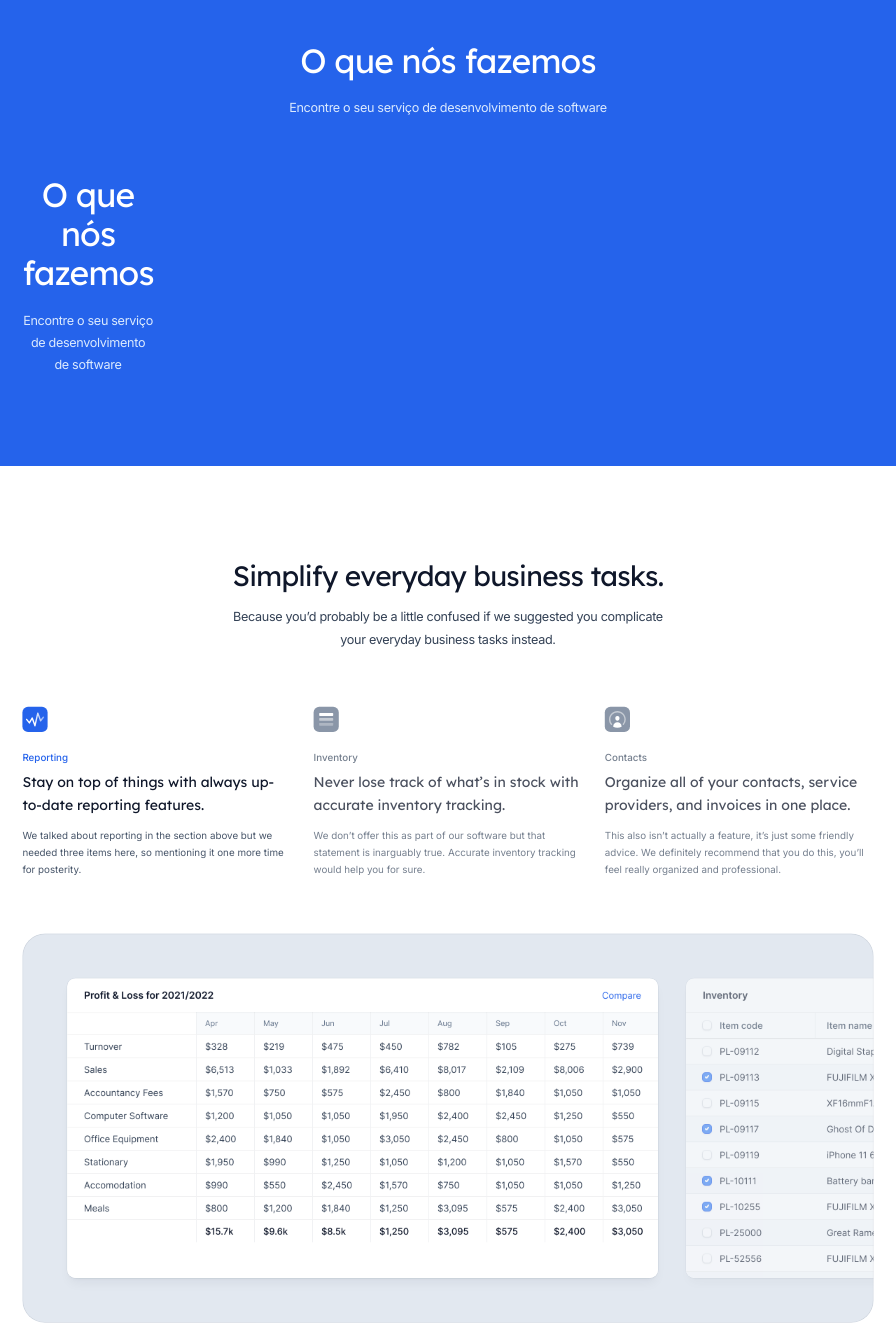
Repository: LuisSempre/imaginative
Page: /
These files come from the project's save history. The page is drawn as it stood at one moment and after the next save; the edit follows.
The browser window is 1280 px wide. The pictures show the part of the page from y = 1954 to 3874 px (the page is 9475 px tall before and 9918 px after), at 70% of full size.
The project was rebuilt for these pictures with package versions that can differ from the ones it lists, and the page was loaded fresh each time. The framework's server and built-in components were replaced by stand-ins that run in the browser. Also part of the build but not shown: next.config.js.

Above is the page before, as saved 2022-07-15 10:44:24.

After the next save:
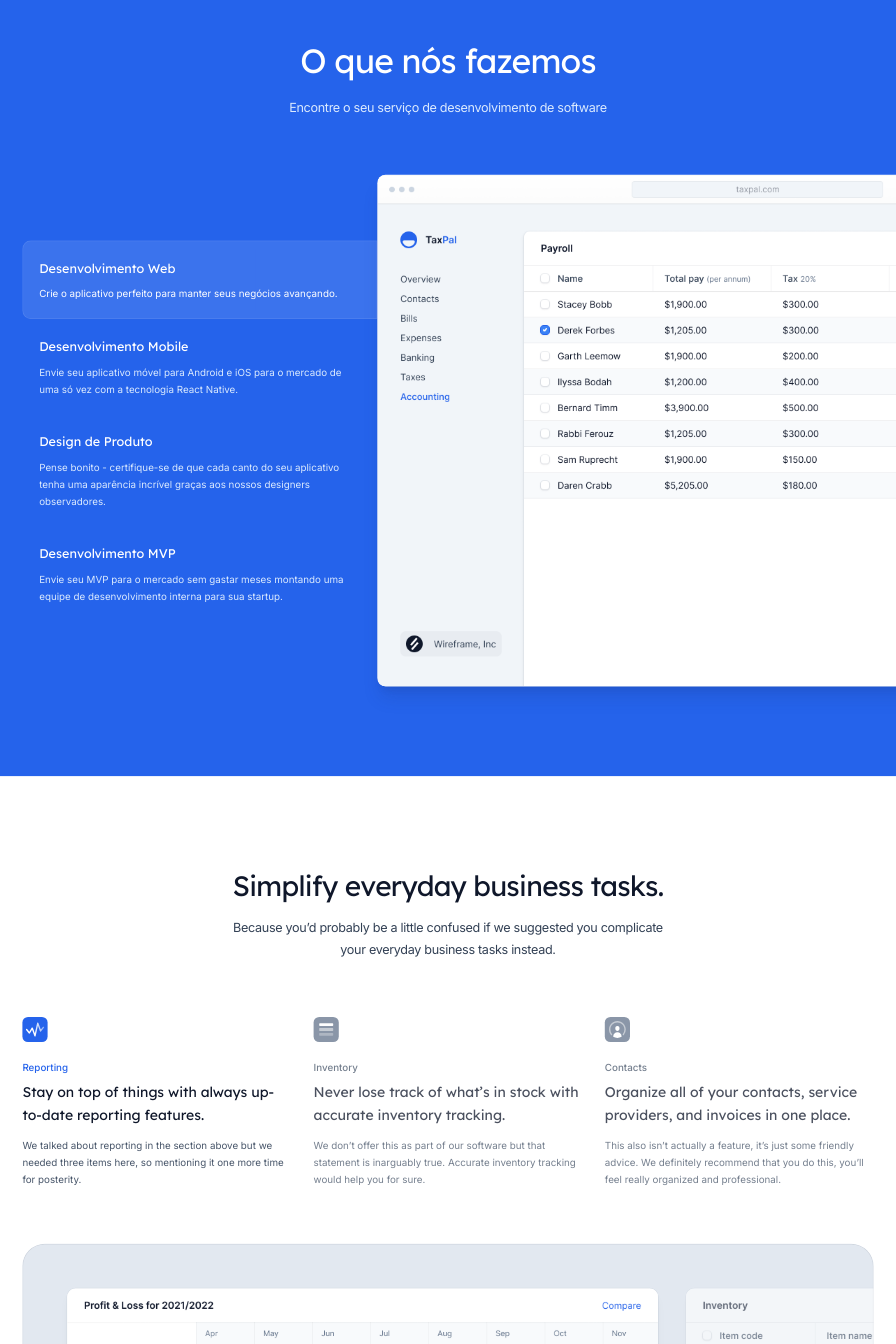
Saved 12 s later.
--- a/src/components/PrimaryFeatures.jsx
+++ b/src/components/PrimaryFeatures.jsx
@@ -148,14 +148,7 @@
 
             </>
           )}
-                <div className="max-w-2xl md:mx-auto md:text-center xl:max-w-none">
-                <h2 className="text-3xl tracking-tight text-white font-display sm:text-4xl md:text-5xl">
-                  O que nós fazemos
-                </h2>
-                <p className="mt-6 text-lg tracking-tight text-blue-100">
-                  Encontre o seu serviço de desenvolvimento de software
-                </p>
-              </div>
+
         </Tab.Group>
       </Container>
 
